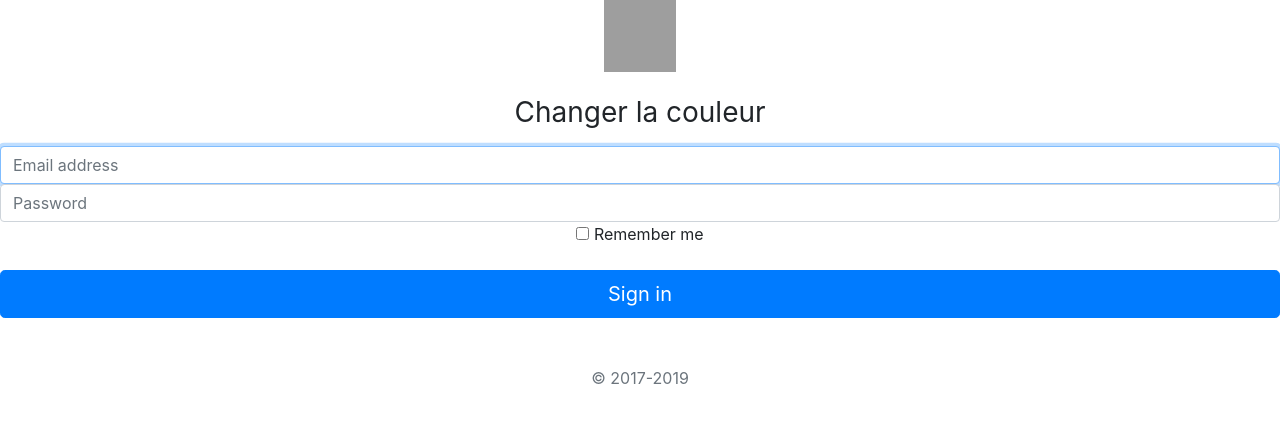
Repository: Symfomany/vuecontrol
Page: index.html
These files come from the project's save history. The page is drawn as it stood at one moment and after the next save; the edit follows.
The browser window is 1280 px wide. The pictures show the whole page.
Pictures or frames that could not be fetched are drawn as grey boxes.

Above is the page before, as saved 2019-11-16 12:00:06.
Not found: signin.css

### index.html
<html lang="en"><head>
    <meta charset="utf-8">
    <meta name="viewport" content="width=device-width, initial-scale=1, shrink-to-fit=no">
    <meta name="description" content="">
    <meta name="author" content="Mark Otto, Jacob Thornton, and Bootstrap contributors">
    <meta name="generator" content="Jekyll v3.8.5">
    <title>Signin Template · Bootstrap</title>

    <link rel="canonical" href="https://getbootstrap.com/docs/4.3/examples/sign-in/">

    <!-- Bootstrap core CSS -->
<link href="https://getbootstrap.com/docs/4.3/dist/css/bootstrap.min.css" rel="stylesheet" integrity="sha384-ggOyR0iXCbMQv3Xipma34MD+dH/1fQ784/j6cY/iJTQUOhcWr7x9JvoRxT2MZw1T" crossorigin="anonymous">


    <style>
      .bd-placeholder-img {
        font-size: 1.125rem;
        text-anchor: middle;
        -webkit-user-select: none;
        -moz-user-select: none;
        -ms-user-select: none;
        user-select: none;
      }

      @media (min-width: 768px) {
        .bd-placeholder-img-lg {
          font-size: 3.5rem;
        }
      }
    </style>
    <!-- Custom styles for this template -->
    <link href="signin.css" rel="stylesheet">
  </head>
  <body class="text-center" style="">
    <form class="form-signin">
  <img class="mb-4" src="https://getbootstrap.com/docs/4.3/assets/brand/bootstrap-solid.svg" alt="" width="72" height="72">
  <h1 class="h3 mb-3 font-weight-normal">Changer la couleur</h1>
  <label for="inputEmail" class="sr-only">Email address</label>
  <input type="email" id="inputEmail" class="form-control" placeholder="Email address" required="" autofocus="">
  <label for="inputPassword" class="sr-only">Password</label>
  <input type="password" id="inputPassword" class="form-control" placeholder="Password" required="">
  <div class="checkbox mb-3">
    <label>
      <input type="checkbox" value="remember-me"> Remember me
    </label>
  </div>
  <button class="btn btn-lg btn-primary btn-block" type="submit">Sign in</button>
  <p class="mt-5 mb-3 text-muted">© 2017-2019</p>
</form>


</body></html>

After the next save:
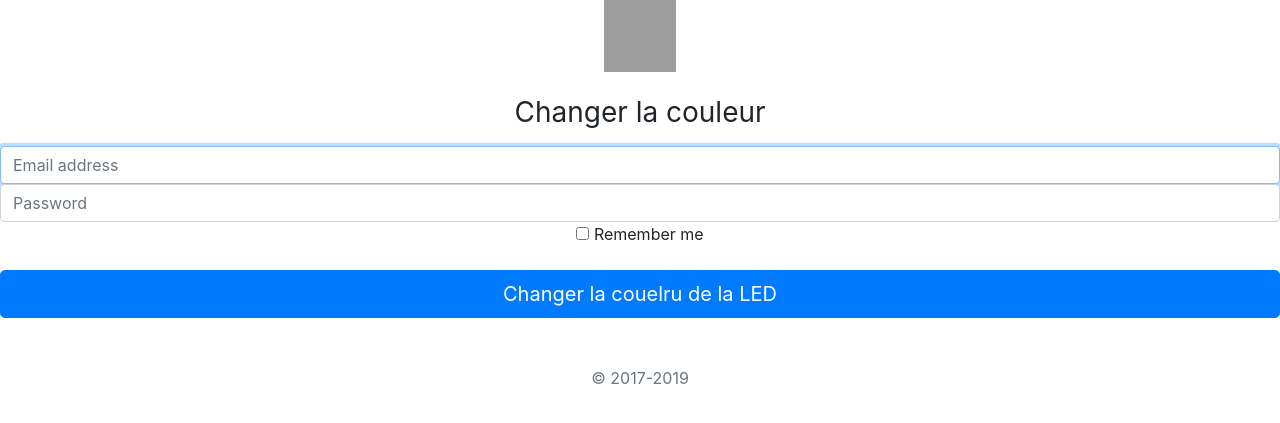
Saved 17 s later.
--- a/index.html
+++ b/index.html
@@ -44,7 +44,7 @@
       <input type="checkbox" value="remember-me"> Remember me
     </label>
   </div>
-  <button class="btn btn-lg btn-primary btn-block" type="submit">Sign in</button>
+  <button class="btn btn-lg btn-primary btn-block" type="submit">Changer la couelru de la LED</button>
   <p class="mt-5 mb-3 text-muted">© 2017-2019</p>
 </form>
 
